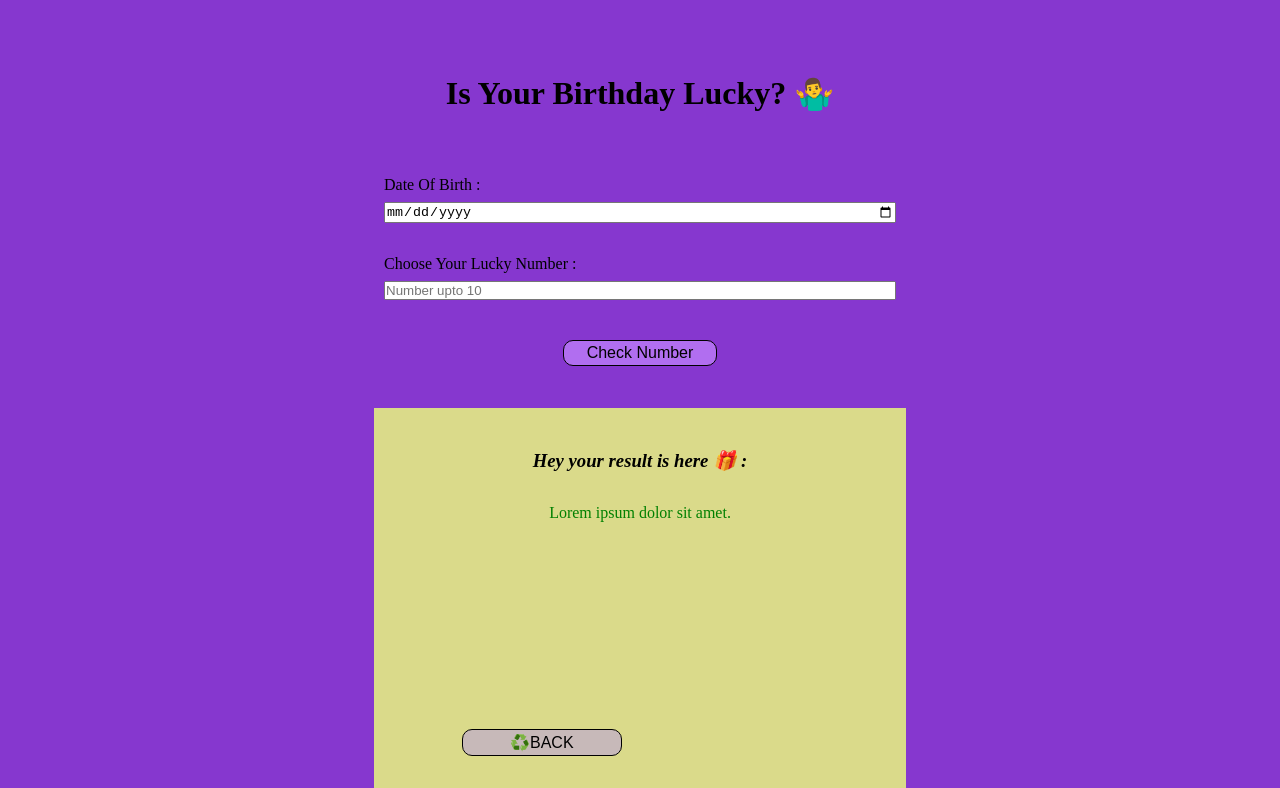
Repository: patelamancode/Lucky-Birthday-App
Page: index.html
The author's editor kept a copy of each file at every save. The page is drawn from the files as they stood at one save, then again after the next save.
The browser window is 1280 px wide. The pictures show the whole page.

Above is the page before, as saved 2022-11-23 15:35:54.

### index.html
<!DOCTYPE html>
<html lang="en">
<head>
    <meta charset="UTF-8">
    <meta http-equiv="X-UA-Compatible" content="IE=edge">
    <meta name="viewport" content="width=device-width, initial-scale=1.0">
    <link rel="stylesheet" href="index.css">
    <title>Is your birthday lucky</title>
</head>
<body>
    <div id="main-container">
        <h1 class="app-title">Is Your Birthday Lucky? 🤷‍♂️</h1>
        <label for="date-of-birth" class="dob">Date Of Birth :</label>
        <input type="date" id="selected-dob">
        <label for="lucky-number" class="favourite-number">Choose Your Lucky Number :</label>
        <input type="number" class="user-number" placeholder="Number upto 10">
        <button id="check-btn">Check Number</button>
    </div>
    <div id="graphic-container">
        <h3 id="result-heading">Hey your result is here 🎁 :</h3>
        <p id="final-result">Lorem ipsum dolor sit amet.</p>
        <button id="back-btn">♻️BACK</button>
    </div>
    <script src="index.js"></script>
</body>
</html>

### index.css
*{
    margin: 0;
    padding: 0;
}
 body{
    background-color: rgb(134, 55, 207);
 }

 #main-container {
    display: flex;
    flex-direction: column;
    width: 40vw;
    margin: auto;
    margin-top: 2rem;
    padding: 10px;
    text-align: center;
 }

 .app-title{
    margin: 2rem 0;
 }
 label{
    width: auto;
    text-align: left;
    margin-top: 2rem;
    margin-bottom: 0.5rem;
 }
 /* input{
    -webkit-appearance: none;
    box-shadow: none !important;
 } */
 button{
    margin: auto;
    margin-top: 2.5rem;
    width: 30%;
    padding: 3px;
    font-size: 1rem;
    font-weight: 500;
    border: 1px solid;
    background-color: rgb(177, 110, 240);
    border-radius: 10px;
 }

/* change in display to flex from none */
 #graphic-container{
    display: flex;
    flex-direction: column;
    width: 40vw;
    height: 50vh;
    margin: auto;
    margin-top: 2rem;
    padding: 10px;
    text-align: center;
    background-color: rgb(218, 218, 138);
    position: relative;

 }
#result-heading{
  font-style: italic;
   margin-top: 2rem;
 }

 #final-result{
   margin: 2rem;
   color: green;
   font-family: fantasy, papyrus;
 }

 #back-btn{
   position: absolute;
   bottom: 2rem;
   left: 5.5rem;
   background-color: rgb(199, 185, 185);
 }

### index.js
const checkButton = document.querySelector('#check-btn');
const appContent = document.querySelector('#main-container');
const userBirthDate = document.querySelector('#selected-dob');
const luckyNumber = document.querySelector('.user-number');
const graphicDisplay = document.querySelector('#graphic-container');
const backButton = document.querySelector('#back-btn');



function showResult() {
    hideContent();
    graphicDisplay.style.display = "flex";
};

function hideContent() {
    appContent.style.display = "none";
};


function specialDateIs() {
    let value = userBirthDate.value.split("-");
    var sum = 0;
    for (let i = 0; i < value.length; i++) {
        sum += parseInt(value[i]);
    }
    console.log(sum);
    if (sum % luckyNumber.value == 0) {
        console.log("you have a special birthdate")
    } else console.log("Opps your birthdate is normal");

};


checkButton.addEventListener('click', function() {
    specialDateIs();
    showResult();
    console.log(value);
});

backButton.addEventListener('click',function(){
    appContent.style.display = "flex";
    graphicDisplay.style.display = "none"
    window.location.reload();
});

After the next save:
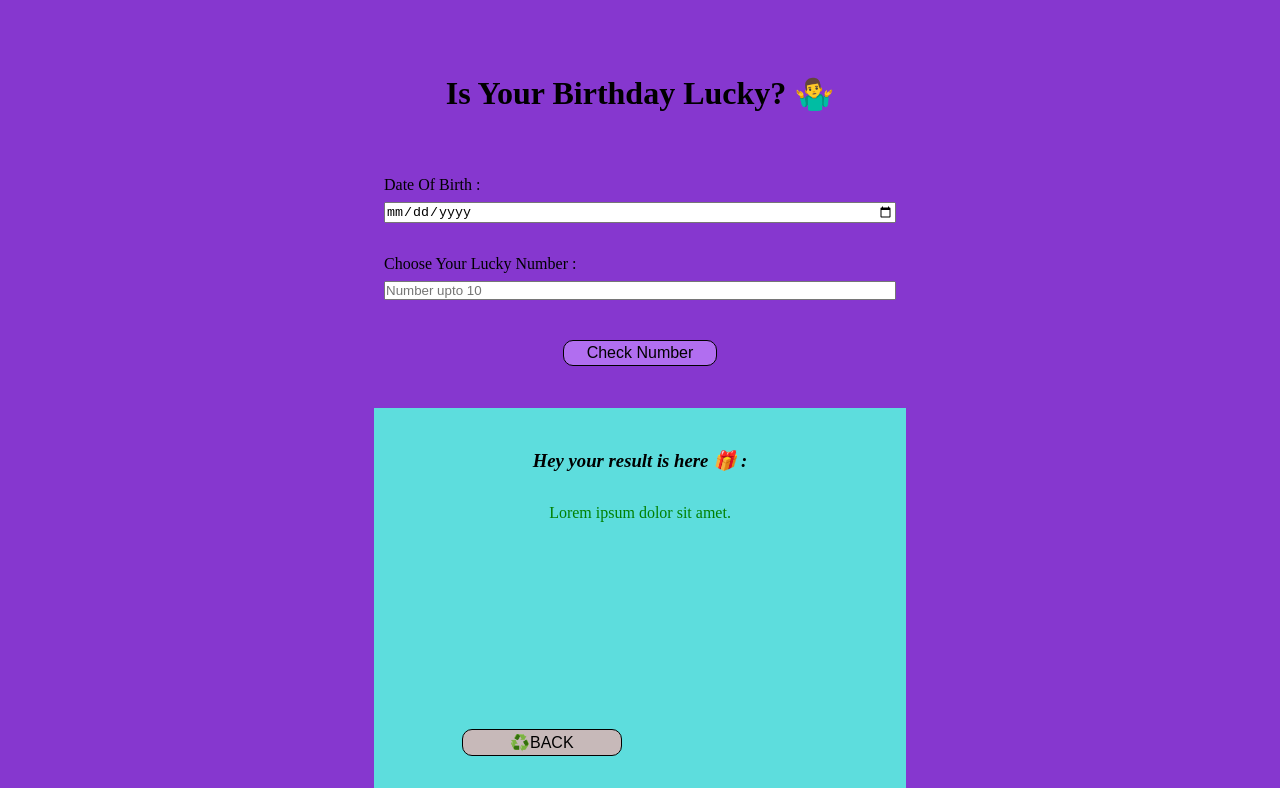
Saved 19 s later.
--- a/index.css
+++ b/index.css
@@ -51,7 +51,7 @@
     margin-top: 2rem;
     padding: 10px;
     text-align: center;
-    background-color: rgb(218, 218, 138);
+    background-color: rgb(93, 221, 221);
     position: relative;
 
  }
